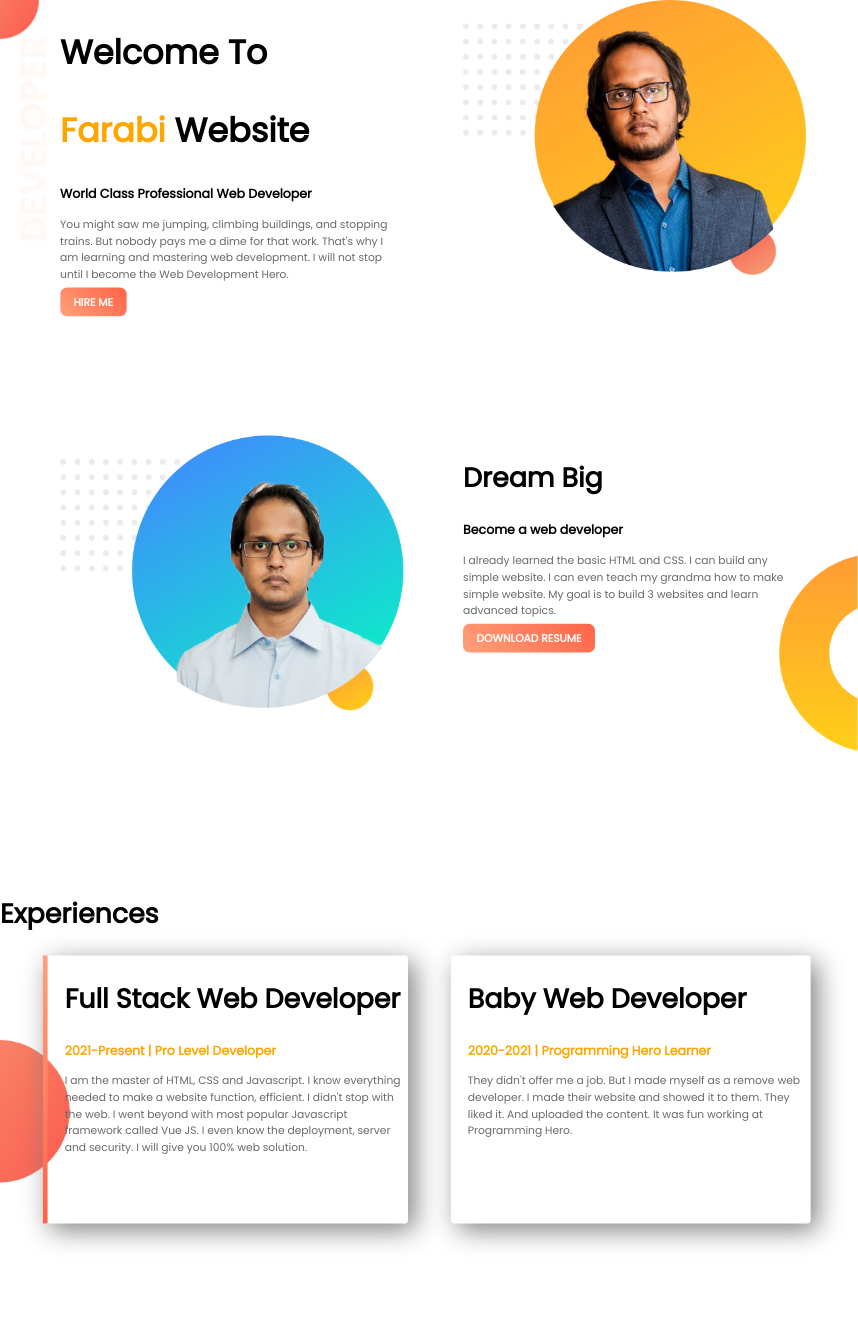
Repository: mohsinfarabi/web-portfolio
Page: index.html
An editor plug-in stored every save of this project. The page is shown before and after the next save, followed by the edit.
The browser window is 1280 px wide. The pictures show the whole page, at 67% of full size.

Above is the page before, as saved 2020-07-01 00:03:24.

After the next save:
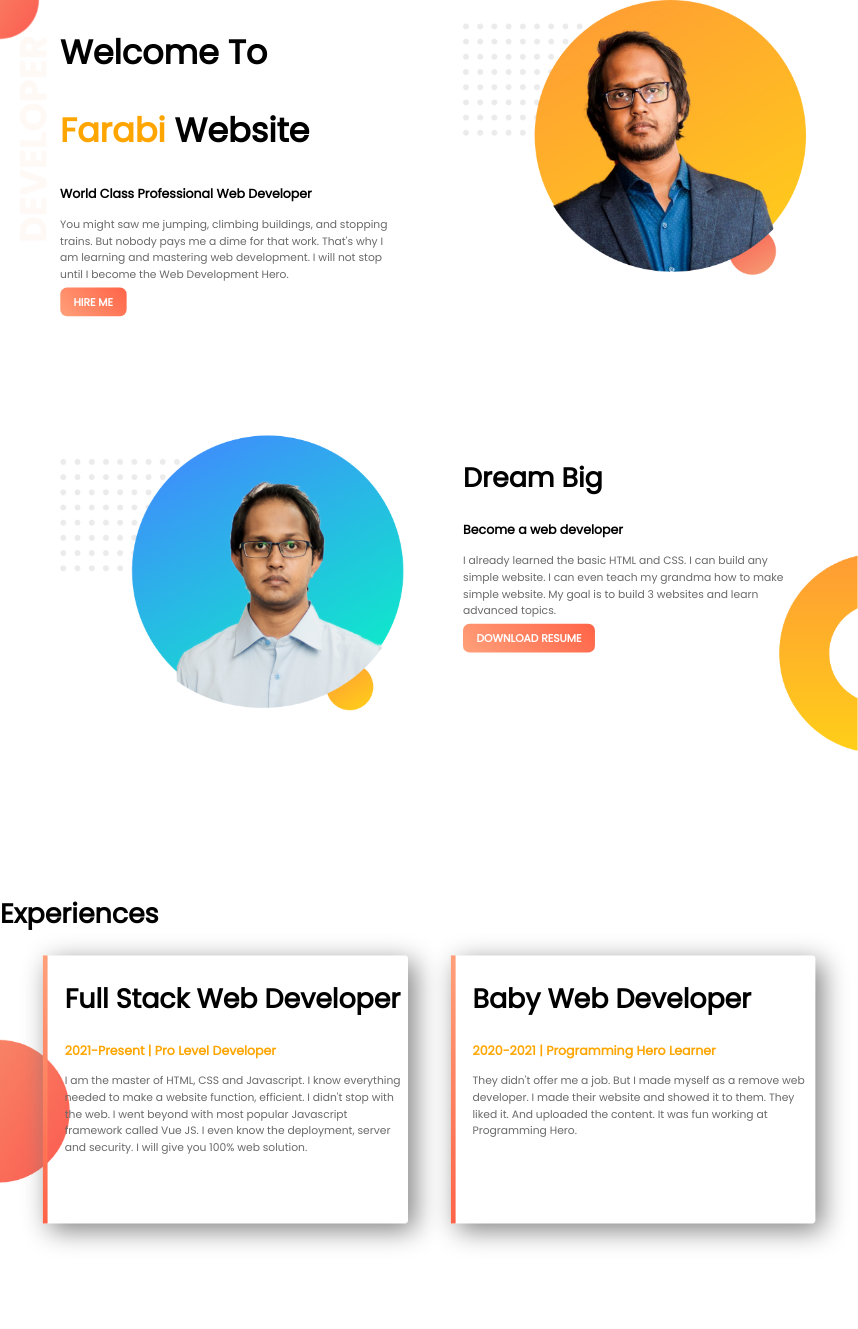
Saved 14 s later.
--- a/index.html
+++ b/index.html
@@ -42,7 +42,7 @@
             <p>I am the master of HTML, CSS and Javascript. I know everything needed to make a website function, efficient. I didn't stop with the web. I went beyond with most popular Javascript framework called Vue JS. I even know the deployment, server
                 and security. I will give you 100% web solution.</p>
         </div>
-        <div class="half-width single-experience">
+        <div id="baby-web" class="half-width single-experience">
             <h2>Baby Web Developer</h2>
             <h3 class="orange-highlight">2020-2021 | Programming Hero Learner</h3>
             <p>They didn't offer me a job. But I made myself as a remove web developer. I made their website and showed it to them. They liked it. And uploaded the content. It was fun working at Programming Hero.</p>
